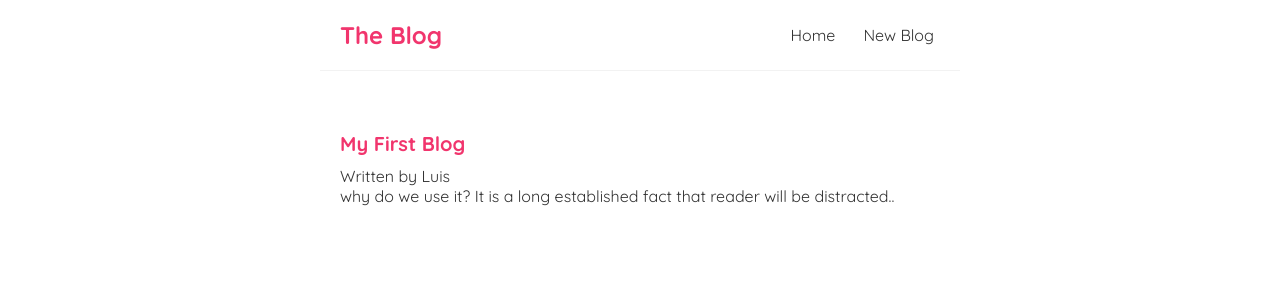
Repository: castilla-aurela/react-blog
Page: /blogs/1
An editor plug-in stored every save of this project. The page is shown before and after a run of saves, followed by the edit.
The browser window is 1280 px wide. The pictures show the whole page.
The project was rebuilt for these pictures with package versions that can differ from the ones it lists, and the page was loaded fresh each time. Requests to the local data server were answered from the project's data file. Also part of the build but not shown: src/BlogList.js, src/Home.js, src/Create.js.

Above is the page before, as saved 2022-02-28 20:37:48.

### src/index.css
@import url('https://fonts.googleapis.com/css2?family=Quicksand:wght@300;400;500;600;700&display=swap');

/* base styles */

* {
  margin: 0;
  font-family: "Quicksand";
  color: #333;
}

.navbar {
  padding: 20px;
  display: flex;
  align-items: center;
  max-width: 600px;
  margin: 0 auto;
  border-bottom: 1px solid #f2f2f2;
}
.navbar h1 {
  color: #f1356d;
}
.navbar .links {
  margin-left: auto;
}
.navbar a {
  margin-left: 16px;
  text-decoration: none;
  padding: 6px;
}
.navbar a:hover {
  color: #f1356d;
}
.content {
  max-width: 600px;
  margin: 40px auto;
  padding: 20px;
}

/* Blog previews /  list */

.blog-preview{
  padding: 10px 16px;
  margin: 20px 0;
  border-bottom: 1px solid #fafafa;
}
.blog-preview:hover{
  box-shadow: 1px 3px 5px rgba(0,0,0,0.1);
}
.blog-preview h2 {
  font-size: 20px;
  color: #f1356d;
  margin-bottom: 8px;
}
.blog-preview a{
  text-decoration: none;
}
.blog-details h2{
  font-size: 20px;
  color: #f1356d;
  margin-bottom: 10px;
}
.blog-details div{
  max-width: ;
}

### src/App.js
import Home from "./Home";
import Navbar from "./Navbar";
import { BrowserRouter as Router, Route, Routes } from "react-router-dom";
import Create from "./Create";
import BlogDetails from "./BlogDetails";

function App() {
  return (
    <Router>
      <div className="App">
        <Navbar />
        <div className="content">
          <Routes>
            <Route exact path="/" element = {<Home/>}/>
            <Route path="/create" element = {<Create/>}/>
            <Route path="/blogs/:id" element = {<BlogDetails/>}/>
          </Routes>
        </div>
      </div>
    </Router>
  );
}

export default App;

### src/Navbar.js
import { Link } from 'react-router-dom'

const Navbar = () => {
    return (
        <nav className="navbar">
            <h1>The Blog</h1>
            <div className="links">
                {/*<a href="/">Home</a>*/}
                <Link to="/">Home</Link>
                {/*<a href="/create" >New Blog</a>*/}
                <Link to="/create" >New Blog</Link>
            </div>
        </nav>

     );
}

export default Navbar;

### src/BlogDetails.js
import { useParams } from "react-router-dom";
import useFetch from "./useFetch";

const BlogDetails = () => {

    const { id } = useParams()
    const { data: blog, isLoading, error } = useFetch('http://localhost:8000/blogs/' + id)

    return (
        <div className="blog-details">
            {isLoading && <div> Is loading...</div>}
            {error && <div>{ error }</div>}
            {blog && (
                <article>
                    <h2>{blog.title}</h2>
                    <p>Written by {blog.author}</p>
                    <div>{blog.body}</div>
                </article>
            )}
        </div>
    );
}

export default BlogDetails;

### src/useFetch.js
import { useEffect, useState } from "react";

const useFetch = (url) => {

    const [data, setData] = useState(null);
    const [isLoading, setIsLoading] = useState(true);
    const [error, setError] = useState(true);


    useEffect(()=>{
      const abortCont = new AbortController();

      setTimeout(()=> {

                //console.log('useEffect ran');
        //console.log(name)
        fetch(url, {signal: abortCont.signal}).then( res => {
          console.log(res)
          if (!res.ok){
            throw Error('could not fetch the data for that resource');
          }
          return res.json();
      }).then( data => {
          console.log(data);
          setData(data);
          setIsLoading(false);
          setError(null);
      }).catch((err)=> {
        if(err.name === "AbortError"){
          console.log('fetch aborted')
        }else{
          console.log(err.message)
          setError(err.message);
          setIsLoading(false);
        }
    })

      },1000);


      return () => abortCont.abort();

    }, [url]);

    return {data, isLoading, error};
}

export default useFetch;

### data/db.json
{
  "blogs": [
    {
      "title": "My First Blog",
      "body": "why do we use it?\nIt is a long established fact that reader will be distracted..",
      "author": "Luis",
      "id": 1
    },
    {
      "title": "Opening Party!",
      "body": "why do we use it?\nIt is a long established fact that reader will be distracted..",
      "author": "Mary",
      "id": 2
    }
  ]
}

Loaded but not shown: public/index.html (common file); src/index.js (common file)

After the next 4 saves:
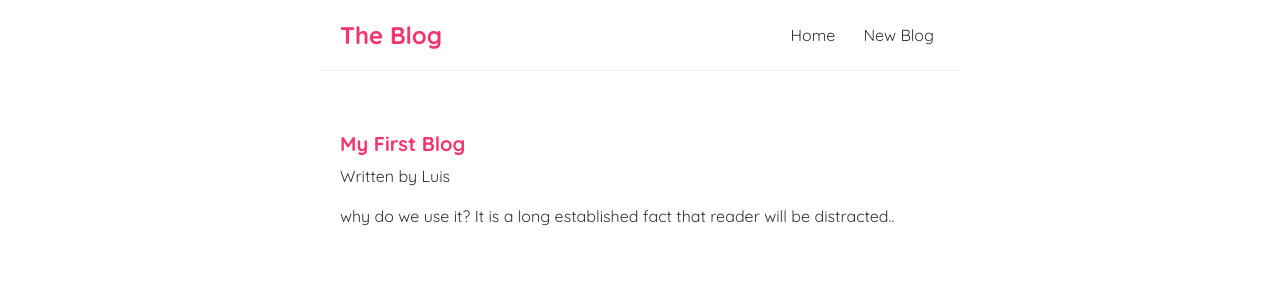
The 4 saves are shown as one change because they came seconds apart.
The last was saved 12 s later.
--- a/src/index.css
+++ b/src/index.css
@@ -60,5 +60,5 @@
   margin-bottom: 10px;
 }
 .blog-details div{
-  max-width: ;
+  margin: 20px 0;
 }
